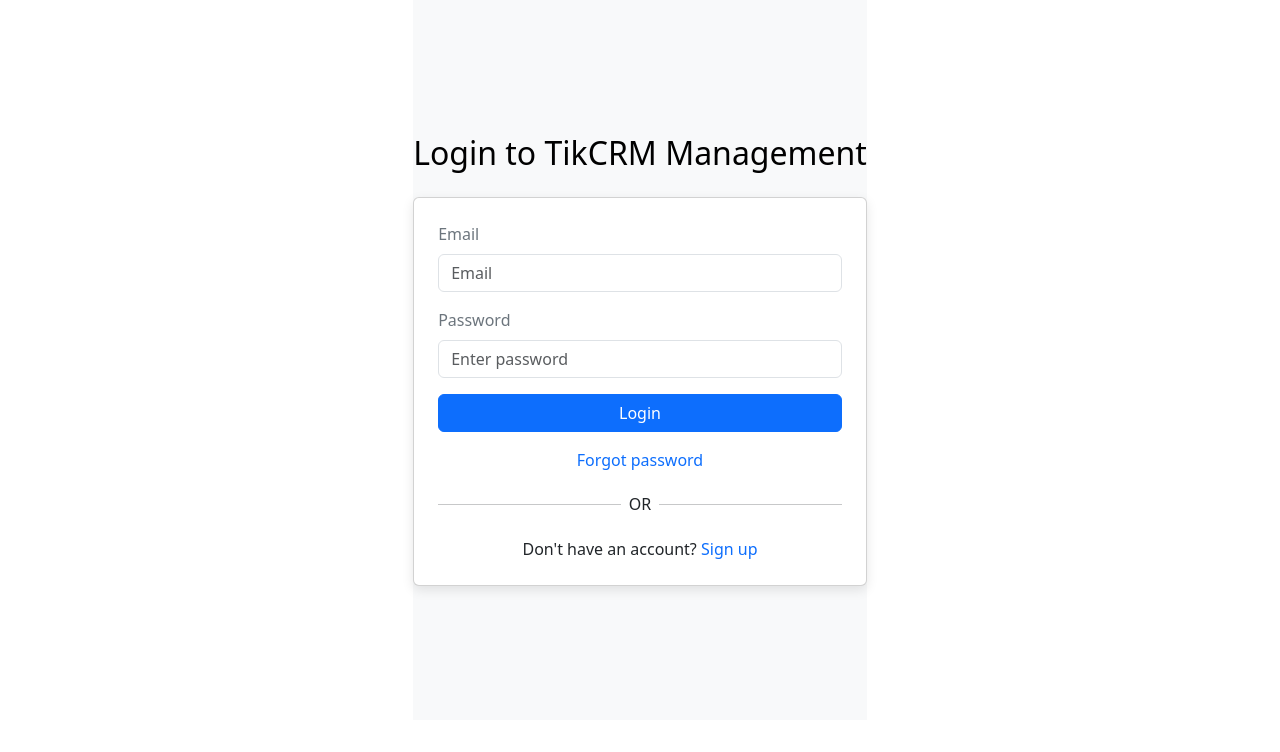
Repository: chaolaolo/tikcrm-fe
Page: /dashboard
An editor plug-in stored every save of this project. The page is shown before and after the next save, followed by the edit.
The browser window is 1280 px wide. The pictures show the whole page.
The project was rebuilt for these pictures with package versions that can differ from the ones it lists, and the page was loaded fresh each time. Also part of the build but not shown: vite.config.ts, src/pages/Home/Settings.tsx, src/pages/Home/HomePage.tsx. Imported but missing from the stored project, and not drawn on this page: src/pages/Home/Dashboard, src/pages/Register/RegisterPage.

Above is the page before, as saved 2025-05-22 22:11:58.

After the next save:
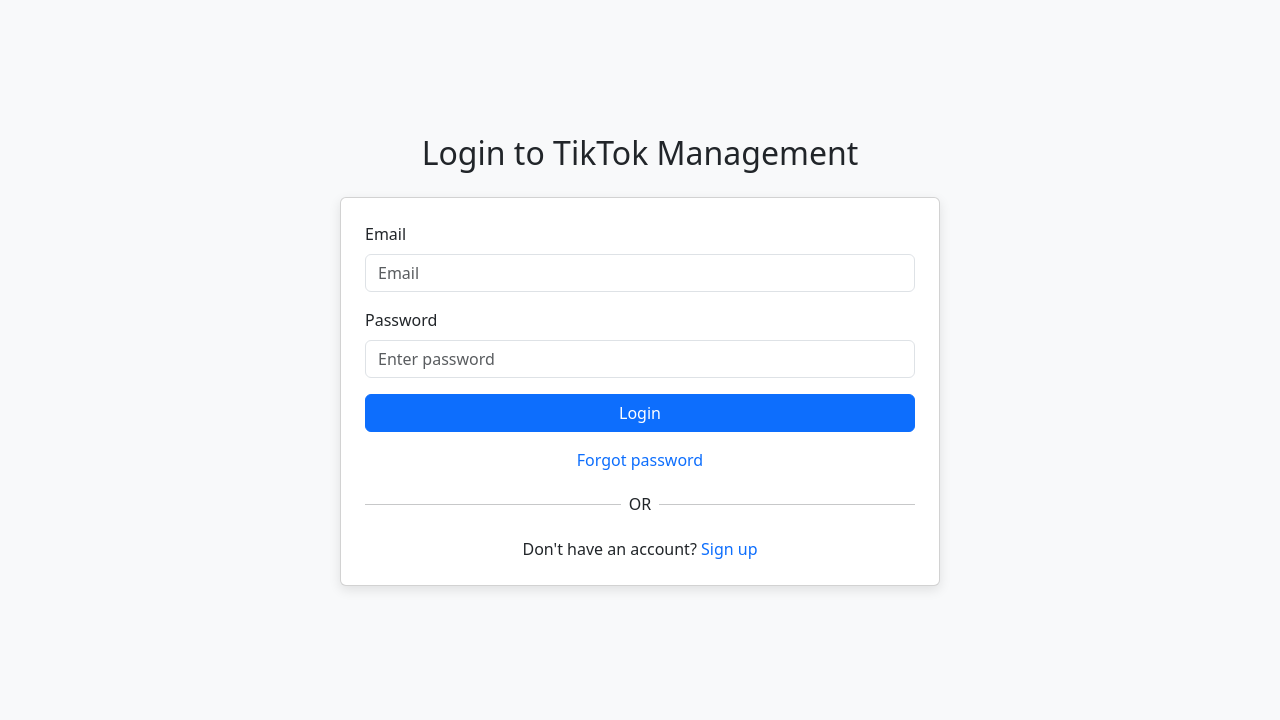
Saved 84 s later.
--- a/src/pages/Auth/LoginPage.tsx
+++ b/src/pages/Auth/LoginPage.tsx
@@ -1,55 +1,118 @@
+// import React from 'react';
+// import 'bootstrap/dist/css/bootstrap.min.css';
+
+// const LoginPage: React.FC = () => {
+//   return (
+//     <div className="container d-flex justify-content-center align-items-center bg-light" style={{ minHeight: '100vh' }}>
+//       <div>
+//         <h2 className="text-center mb-4 text-black">Login to TikCRM Management</h2>
+//         <div className="card p-4" style={{ width: '100%', maxWidth: '600px', minWidth: '50%', boxShadow: '0 4px 12px rgba(0, 0, 0, 0.1)' }}>
+//           <form>
+//             <div className="mb-3 text-start">
+//               <label htmlFor="email" className="form-label text-secondary">Email</label>
+//               <input
+//                 type="email"
+//                 className="form-control"
+//                 id="email"
+//                 placeholder="Email"
+//               />
+//             </div>
+
+//             <div className="mb-3 text-start">
+//               <label htmlFor="password" className="form-label text-secondary">Password</label>
+//               <input
+//                 type="password"
+//                 className="form-control"
+//                 id="password"
+//                 placeholder="Enter password"
+//               />
+//             </div>
+
+//             <button type="submit" className="btn btn-primary w-100 mb-3">Login</button>
+
+//             <div className="text-center mb-3">
+//               <a href="#forgot-password" className="text-decoration-none">Forgot password</a>
+//             </div>
+
+//             <div className="d-flex align-items-center mb-3">
+//               <hr className="flex-grow-1" />
+//               <span className="px-2">OR</span>
+//               <hr className="flex-grow-1" />
+//             </div>
+
+//             <div className="text-center">
+//               <span>Don't have an account? </span>
+//               <a href="#signup" className="text-decoration-none">Sign up</a>
+//             </div>
+//           </form>
+//         </div>
+//       </div>
+//     </div>
+//   );
+// };
+
+// export default LoginPage;
+
 import React from 'react';
 import 'bootstrap/dist/css/bootstrap.min.css';
 
 const LoginPage: React.FC = () => {
   return (
-    // <div className="container d-flex justify-content-center align-items-center bg-light" style={{ minHeight: '100vh' }}>
-    <div
-      style={{ minHeight: '100vh', backgroundColor: '#f8f9fa' }}
-      className="d-flex justify-content-center align-items-center"
-    >
+    <div style={{
+      backgroundColor: '#f8f9fa', // Màu light của Bootstrap
+      position: 'fixed',
+      top: 0,
+      left: 0,
+      right: 0,
+      bottom: 0,
+      overflow: 'auto'
+    }}>
+      <div className="d-flex justify-content-center align-items-center min-vh-100 p-3">
+        <div className="w-100" style={{ maxWidth: '600px' }}>
+          <h2 className="text-center mb-4">Login to TikTok Management</h2>
+          <div className="card p-4" style={{
+            backgroundColor: 'white',
+            boxShadow: '0 4px 12px rgba(0, 0, 0, 0.1)'
+          }}>
+            <form>
+              <div className="mb-3 text-start">
+                <label htmlFor="email" className="form-label">Email</label>
+                <input
+                  type="email"
+                  className="form-control"
+                  id="email"
+                  placeholder="Email"
+                />
+              </div>
 
-      <div>
-        <h2 className="text-center mb-4 text-black">Login to TikCRM Management</h2>
-        <div className="card p-4" style={{ width: '100%', maxWidth: '600px', minWidth: '50%', boxShadow: '0 4px 12px rgba(0, 0, 0, 0.1)' }}>
-          <form>
-            <div className="mb-3 text-start">
-              <label htmlFor="email" className="form-label text-secondary">Email</label>
-              <input
-                type="email"
-                className="form-control"
-                id="email"
-                placeholder="Email"
-              />
-            </div>
+              <div className="mb-3 text-start">
+                <label htmlFor="password" className="form-label">Password</label>
+                <input
+                  type="password"
+                  className="form-control"
+                  id="password"
+                  placeholder="Enter password"
+                />
+              </div>
 
-            <div className="mb-3 text-start">
-              <label htmlFor="password" className="form-label text-secondary">Password</label>
-              <input
-                type="password"
-                className="form-control"
-                id="password"
-                placeholder="Enter password"
-              />
-            </div>
+              <button type="submit" className="btn btn-primary w-100 mb-3">Login</button>
 
-            <button type="submit" className="btn btn-primary w-100 mb-3">Login</button>
+              <div className="text-center mb-3">
+                <a href="#forgot-password" className="text-decoration-none">Forgot password</a>
+              </div>
 
-            <div className="text-center mb-3">
-              <a href="#forgot-password" className="text-decoration-none">Forgot password</a>
-            </div>
+              <div className="d-flex align-items-center mb-3">
+                <hr className="flex-grow-1" />
+                <span className="px-2">OR</span>
+                <hr className="flex-grow-1" />
+              </div>
 
-            <div className="d-flex align-items-center mb-3">
-              <hr className="flex-grow-1" />
-              <span className="px-2">OR</span>
-              <hr className="flex-grow-1" />
-            </div>
-
-            <div className="text-center">
-              <span>Don't have an account? </span>
-              <a href="#signup" className="text-decoration-none">Sign up</a>
-            </div>
-          </form>
+              <div className="text-center">
+                <span>Don't have an account? </span>
+                <a href="#signup" className="text-decoration-none">Sign up</a>
+              </div>
+            </form>
+          </div>
         </div>
       </div>
     </div>
